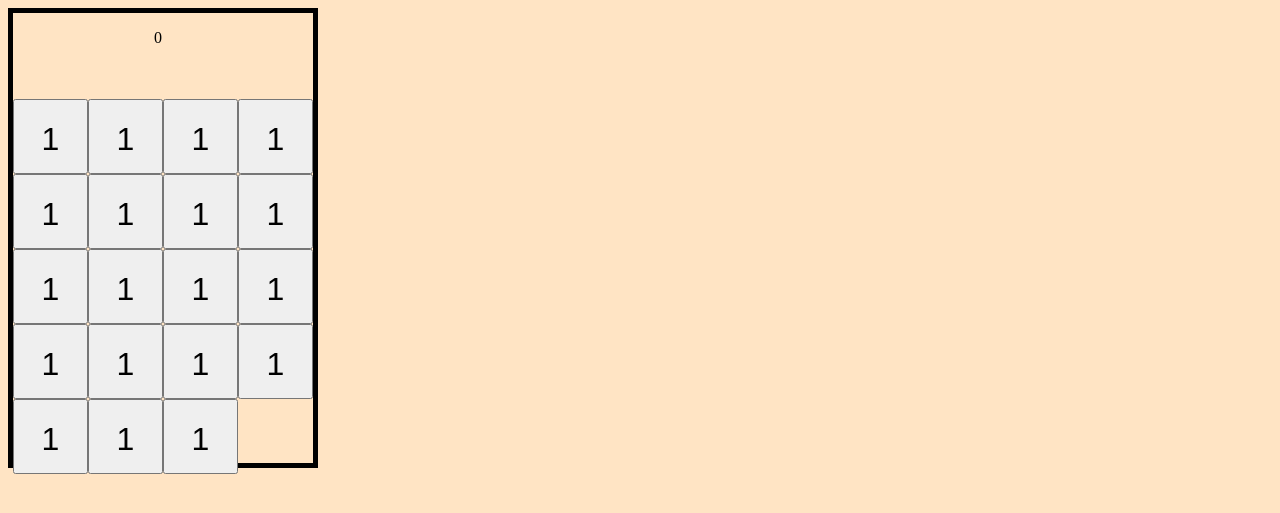
Repository: noahcallen/LAB-calculator
Page: index.html
An editor plug-in stored every save of this project. The page is shown before and after the next save, followed by the edit.
The browser window is 1280 px wide. The pictures show the whole page.

Above is the page before, as saved 2024-07-10 19:03:31.

### index.html
<!DOCTYPE html>
<html lang="en">
<head>
  <meta charset="UTF-8">
  <meta name="viewport" content="width=device-width, initial-scale=1.0">
  <title>Document</title>
  <link rel="stylesheet" href="main.css">
  <meta name="viewport" content="width=device-width, initial-scale=1">
</head>
<body>
  <div class="container">
    <div class="display">
      <p>0</p>
    </div>
    <div class="row">
      <div class="col">
        <button type="button" class="btn btn-primary">1</button>
      </div>
      <div class="col">
        <button type="button" class="btn btn-primary">1</button>
      </div>
      <div class="col">
        <button type="button" class="btn btn-primary">1</button>
      </div>
      <div class="col">
        <button type="button" class="btn btn-primary">1</button>
      </div>
      <div class="col">
        <button type="button" class="btn btn-primary">1</button>
      </div>
      <div class="col">
        <button type="button" class="btn btn-primary">1</button>
      </div>
      <div class="col">
        <button type="button" class="btn btn-primary">1</button>
      </div>
      <div class="col">
        <button type="button" class="btn btn-primary">1</button>
      </div>
      <div class="col">
        <button type="button" class="btn btn-primary">1</button>
      </div>
      <div class="col">
        <button type="button" class="btn btn-primary">1</button>
      </div>
      <div class="col">
        <button type="button" class="btn btn-primary">1</button>
      </div>
      <div class="col">
        <button type="button" class="btn btn-primary">1</button>
      </div>
      <div class="col">
        <button type="button" class="btn btn-primary">1</button>
      </div>
      <div class="col">
        <button type="button" class="btn btn-primary">1</button>
      </div>
      <div class="col">
        <button type="button" class="btn btn-primary">1</button>
      </div>
      <div class="col">
        <button type="button" class="btn btn-primary">1</button>
      </div>
      <div class="col">
        <button type="button" class="btn btn-primary">1</button>
      </div>
      <div class="col">
        <button type="button" class="btn btn-primary">1</button>
      </div>
      <div class="col">
        <button type="button" class="btn btn-primary">1</button>
      </div>
  </div>

  </div>



  <script src="main.js"></script>
  <!-- import js bootstrap -->
  <script src="https://cdn.jsdelivr.net/npm/bootstrap@5.3.3/dist/js/bootstrap.bundle.min.js" integrity="sha384-YvpcrYf0tY3lHB60NNkmXc5s9fDVZLESaAA55NDzOxhy9GkcIdslK1eN7N6jIeHz" crossorigin="anonymous"></script>
</body>
</html>

### main.css
body {
  background-color: bisque;
}

.display {
  height: 70px;
  width: 290px;
}

.container {
  text-align: center;
  /* display: flex; */
  /* justify-content: space-around; */
  border: solid 5px black;
  height: 450px;
  width: 300px;
}

.btn-primary {
  display: flex;
  flex-wrap: wrap;
  justify-content: center;
  font-family: Arial, Helvetica, sans-serif;
  font-size: xx-large;
  height: 75px;
  width: 75px;
  padding: 20px;
}

.row {
  display: flex;
  flex-wrap: wrap;
}

Loaded but not shown: main.js (no stored copy; drawn as an empty file)

After the next save:
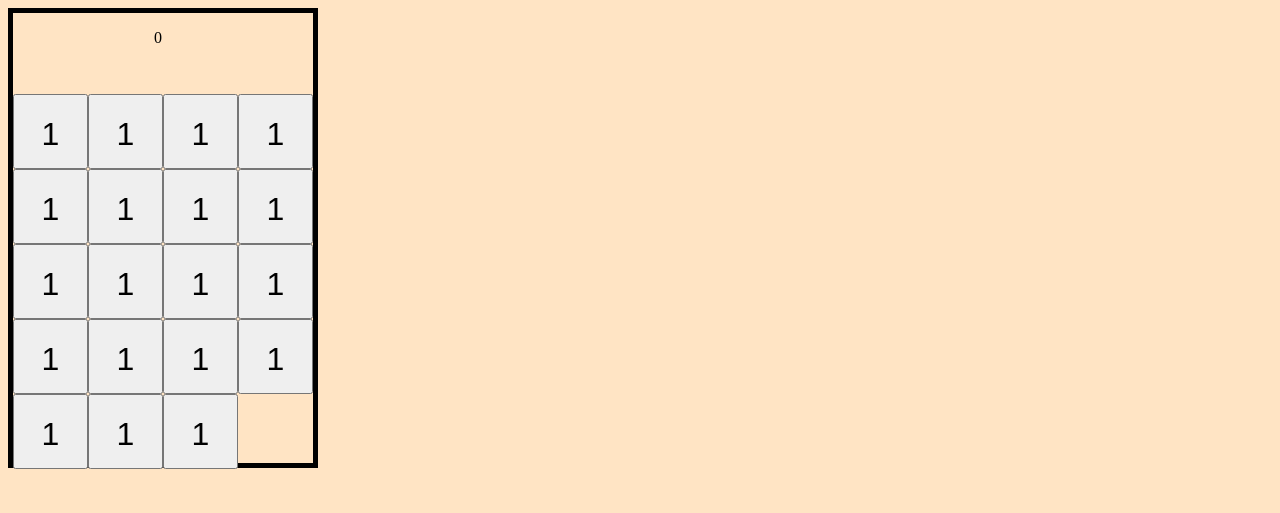
Saved 7 s later.
--- a/main.css
+++ b/main.css
@@ -3,7 +3,7 @@ body {
 }
 
 .display {
-  height: 70px;
+  height: 65px;
   width: 290px;
 }
 
